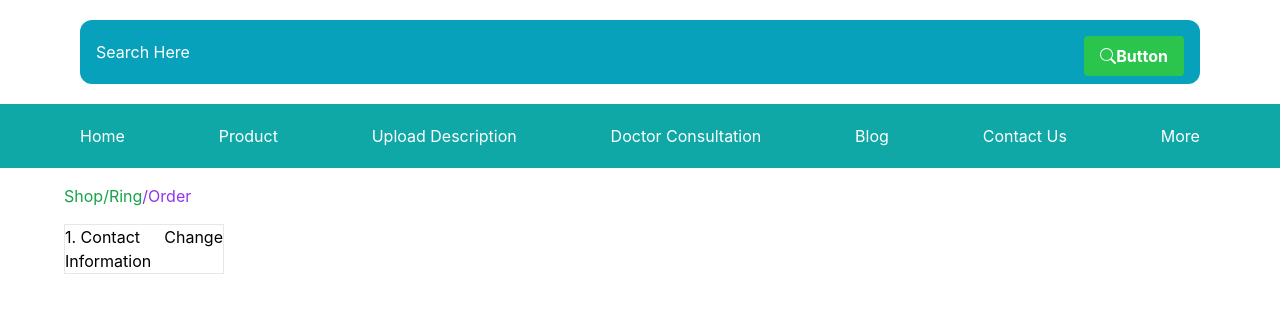
Repository: arafatmollah/form-pharma
Page: /
An editor plug-in stored every save of this project. The page is shown before and after the next save, followed by the edit.
The browser window is 1280 px wide. The pictures show the whole page.
The project was rebuilt for these pictures with package versions that can differ from the ones it lists, and the page was loaded fresh each time.

Above is the page before, as saved 2023-03-14 23:41:12.

### src/index.js


import React from 'react';
import ReactDOM from 'react-dom/client';
import './index.css';
import App from './App';
import reportWebVitals from './reportWebVitals';

const root = ReactDOM.createRoot(document.getElementById('root'));
root.render(
  <React.StrictMode>
    <App />
  </React.StrictMode>
);

// If you want to start measuring performance in your app, pass a function
// to log results (for example: reportWebVitals(console.log))
// or send to an analytics endpoint. Learn more: https://bit.ly/CRA-vitals
reportWebVitals();

### src/App.js

import './App.css';
import Nav from './Nav';
import Form from './Form';

function App() {
  return (
    <div className="App">
     <Nav></Nav>
     <Form></Form>
    </div>
  );
}

export default App;

### src/App.css
.box-border{
  background-color: #08A1BC;
}
.btn {
  @apply font-bold py-2 px-4 rounded;
  background-color: #2BC44C;
  color: white;
}
.btn-blue {
  @apply bg-blue-500 text-white;
}
.btn-blue:hover {
  @apply bg-blue-700;
}
.nav{
  background-color: #0FA8A6;
}

### src/Nav.js
import React from 'react'
import './App.css';
import { BsSearch } from 'react-icons/bs';

function Nav() {
  return (
    <div>
        <div className='box-border h-16 w-100 p-4 mx-20 my-5 rounded-xl'>
          <div className='flex justify-between align-middle'>
                <p className='text-white mt-1'>Search Here</p>
                <button className="btn mb-1 py-2 flex items-center justify-between"><BsSearch></BsSearch> Button</button>
          </div>
        </div>
        <div className='box-border h-16 w-100 nav'>
            <div className='flex mx-20 items-center justify-between text-white'>
            <div className='mt-5'>Home</div>
            <div className='mt-5'> Product</div>
            <div className='mt-5'>Upload Description</div>
            <div className='mt-5'>Doctor Consultation</div>
            <div className='mt-5'>Blog</div>
            <div className='mt-5'>Contact Us</div>
            <div className='mt-5'>More</div>
            </div>
        </div>
    </div>
  )
}

export default Nav

### src/Form.js
import React from 'react'

function form() {
  return (
    <div>
        <div className='mx-16'>
            <div className='flex my-4'>
                <p className='text-green-600'>Shop</p>
                <p className='text-green-600'> /Ring</p>
                <p className='text-purple-600'>/Order</p>
            </div>
            <div className='border w-40 flex justify-between'>
              <p>1. Contact Information</p>
              <p>Change </p>
            </div>
        </div>
    </div>
  )
}

export default form

Loaded but not shown: public/index.html (common file); src/index.css (common file); src/reportWebVitals.js (common file); tailwind.config.js (common file)

After the next save:
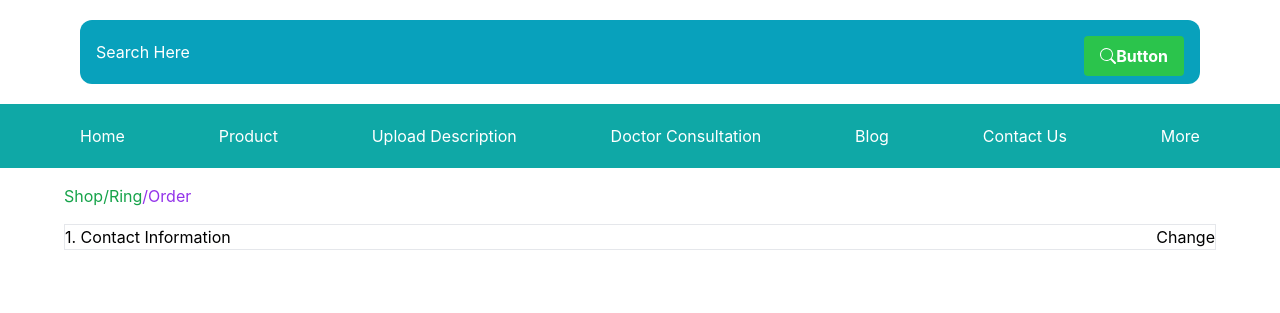
Saved 9 s later.
--- a/src/Form.js
+++ b/src/Form.js
@@ -9,7 +9,7 @@ function form() {
                 <p className='text-green-600'> /Ring</p>
                 <p className='text-purple-600'>/Order</p>
             </div>
-            <div className='border w-40 flex justify-between'>
+            <div className='border flex justify-between'>
               <p>1. Contact Information</p>
               <p>Change </p>
             </div>
